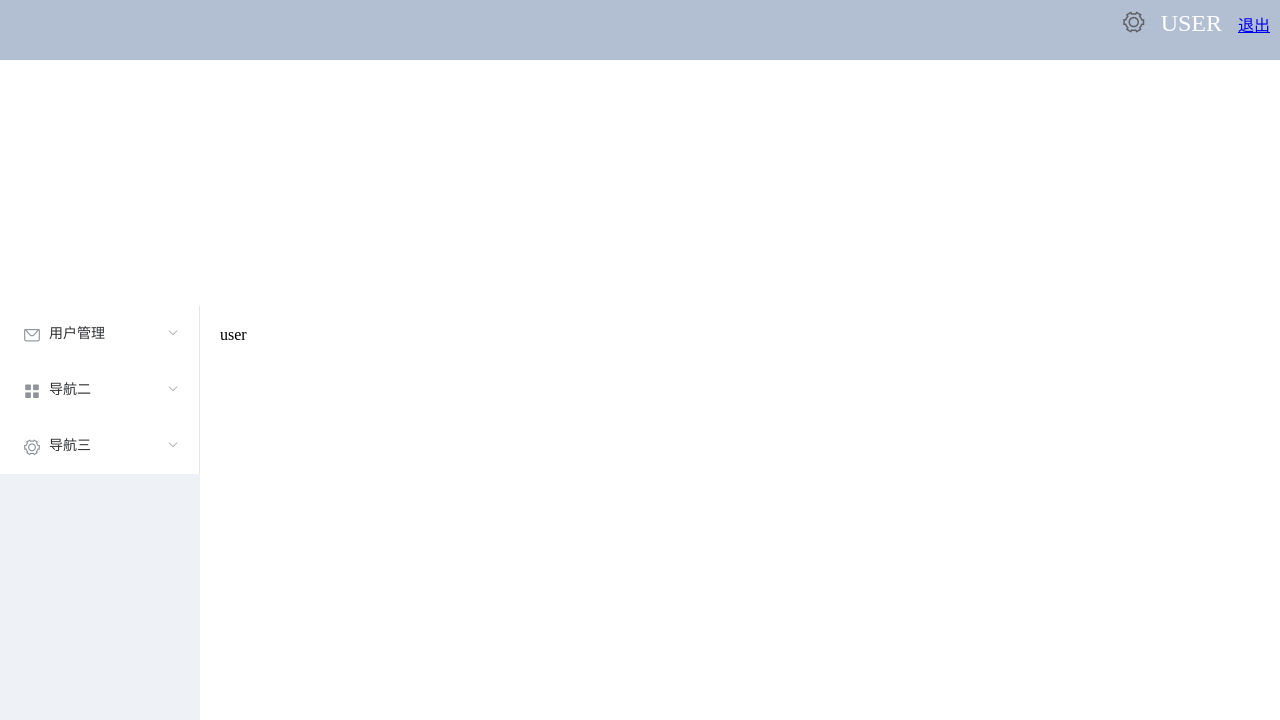
Repository: euphor1azzy/testlist
Page: /#/users (app in list/)
The author's editor kept a copy of each file at every save. The page is drawn from the files as they stood at one save, then again after a run of saves.
The browser window is 1280 px wide. The pictures show the whole page.
The project was rebuilt for these pictures with package versions that can differ from the ones it lists, and the page was loaded fresh each time. Also part of the build but not shown: list/src/views/login/login.vue.

Above is the page before, as saved 2020-08-25 15:56:17.

After the next 2 saves:
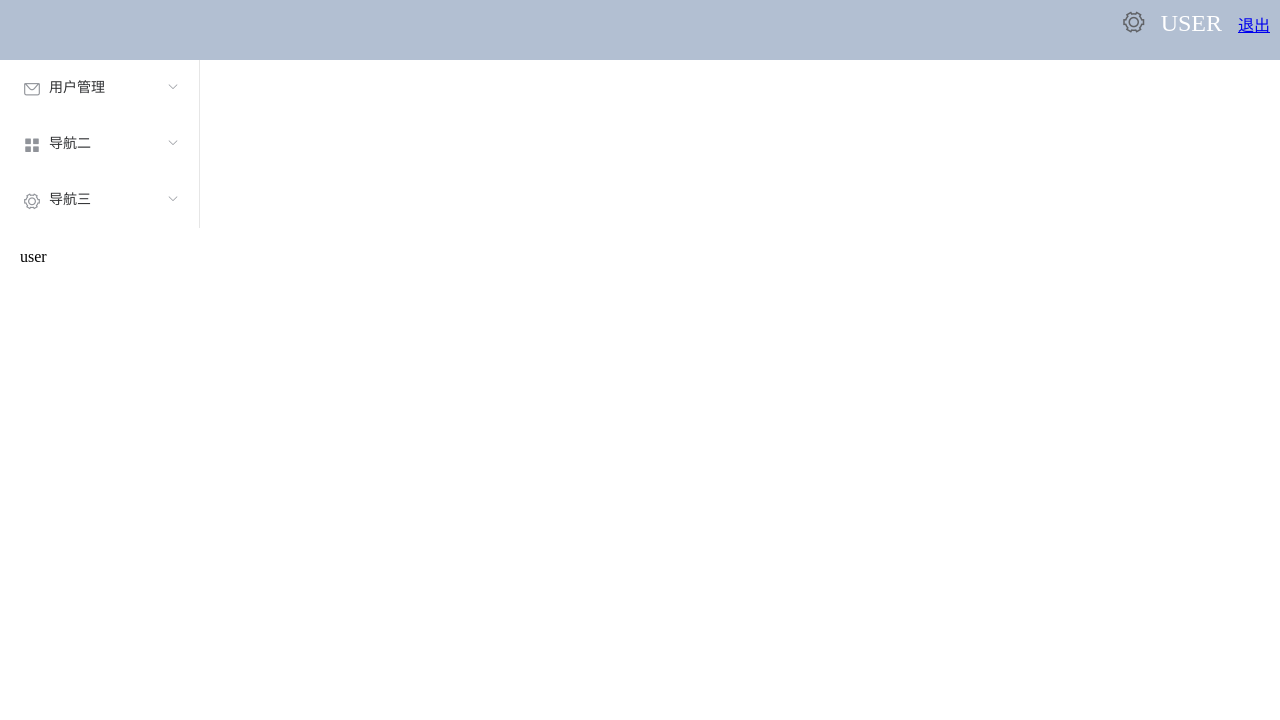
The 2 saves are shown as one change because 1 did not build or start.
The last was saved 82 s later.
--- a/list/src/views/home.vue
+++ b/list/src/views/home.vue
@@ -1,6 +1,6 @@
 <template>
   <!-- 侧边栏 -->
-  <div class="con">
+  <div>
     <v-appnav></v-appnav>
     <v-appslider></v-appslider>
 
